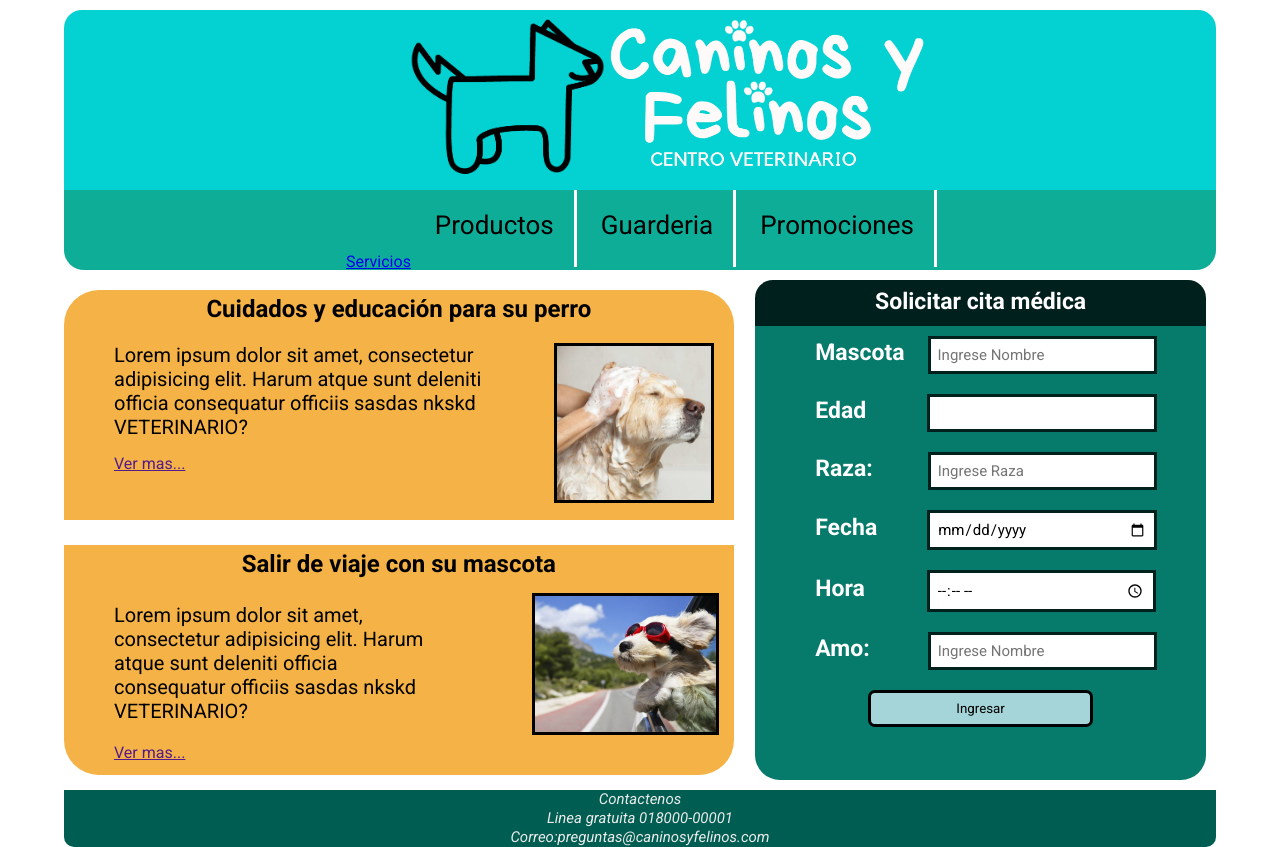
Repository: NickArregoces/Veterinaria
Page: Index.html
An editor plug-in stored every save of this project. The page is shown before and after the next save, followed by the edit.
The browser window is 1280 px wide. The pictures show the whole page.

Above is the page before, as saved 2021-10-08 21:08:21.

After the next save:
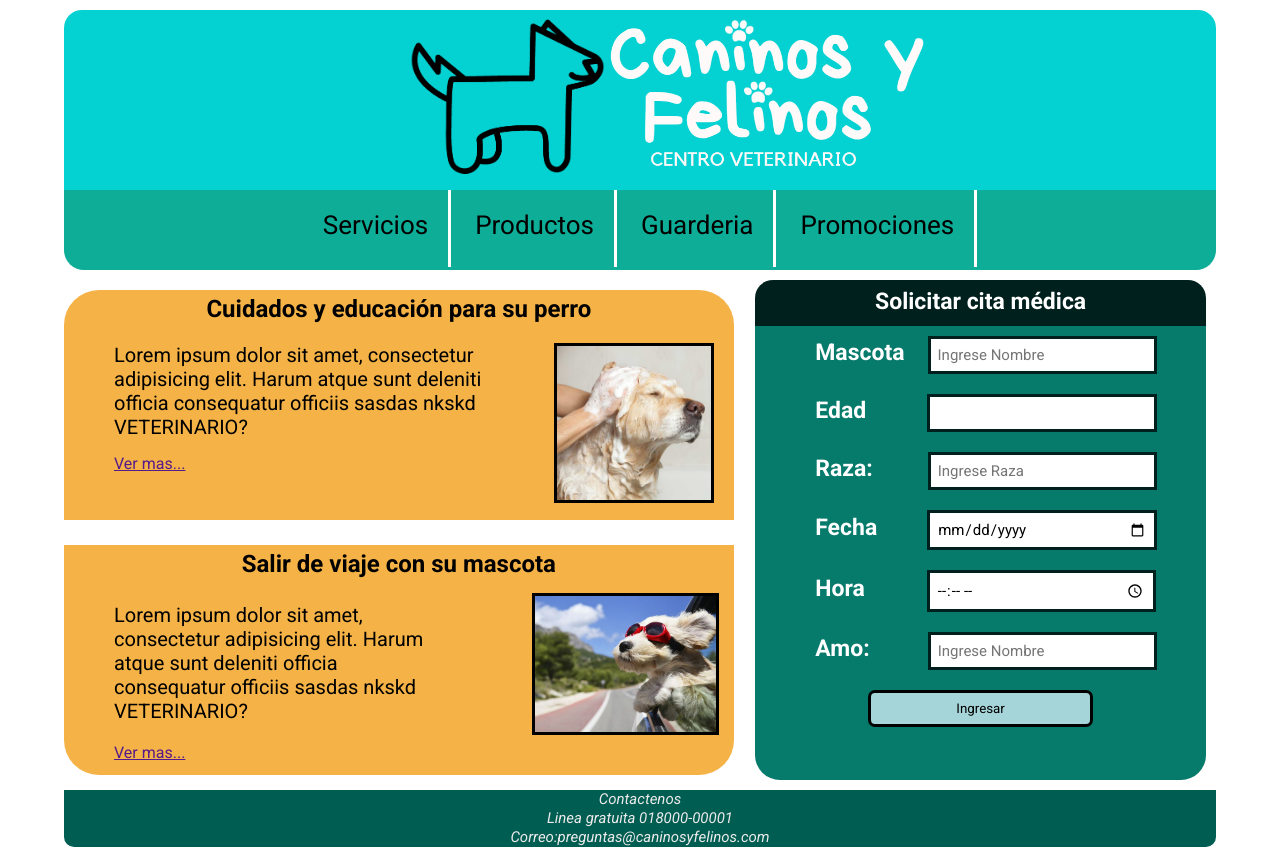
Saved 4 s later.
--- a/Index.html
+++ b/Index.html
@@ -24,7 +24,7 @@
 
         <div class="navegador">
             <ul class="menu">
-                <li></li><a href="/Servicios.html">Servicios</a></li>
+                <li><a href="/Servicios.html">Servicios</a></li>
                 <li><a href="#">Productos</a></li>
                 <li><a href="#">Guarderia</a></li>
                 <li><a href="#">Promociones</a></li>
